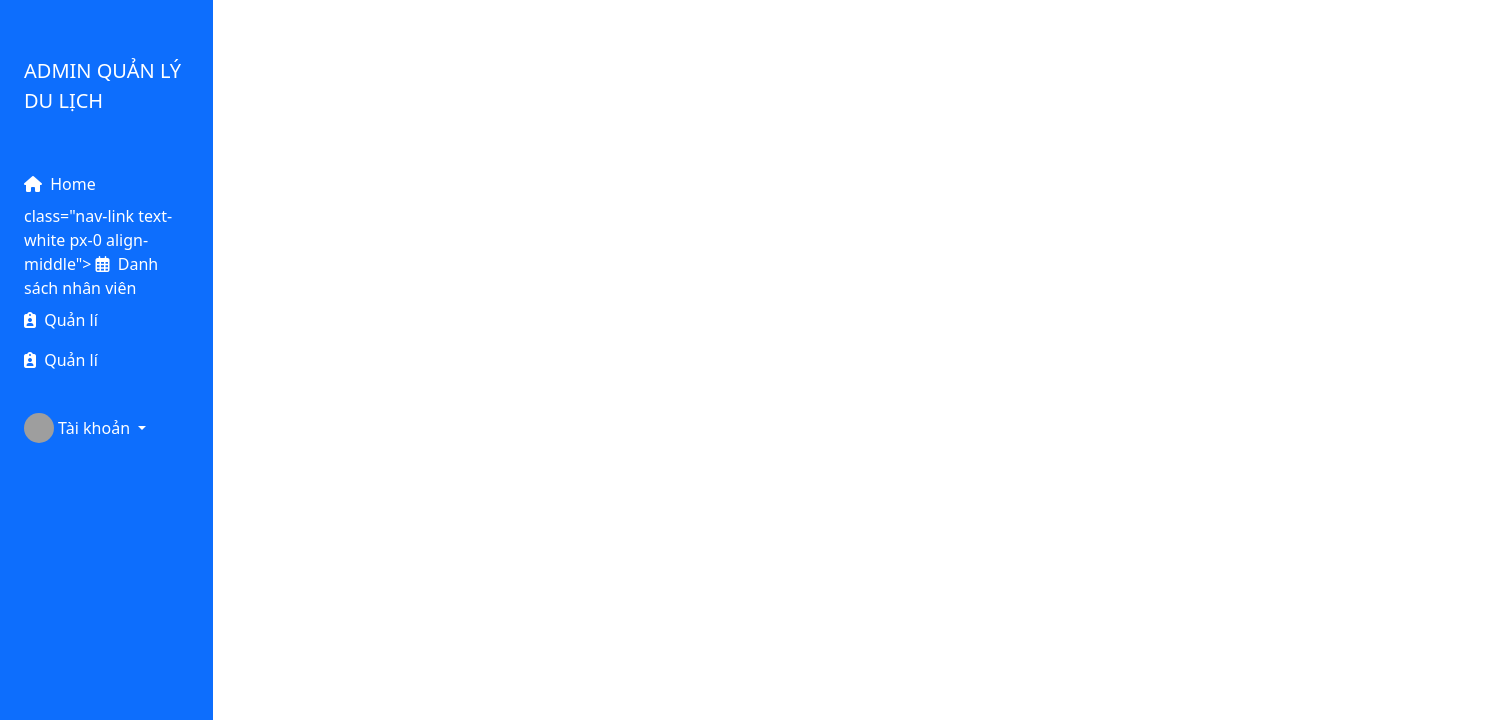
Repository: vantohuu/BOOKINGTOUR
Page: http://localhost/BOOKINGTOUR/WEB-INF/views/admin/admin.jsp
The author's editor kept a copy of each file at every save. The page is drawn from the files as they stood at one save, then again after the next save.
The browser window is 1280 px wide. The page is 1493 px wide, so the pictures cover 1493 px, including what lies to the right of the window. The pictures show the whole page.
Pictures or frames that could not be fetched are drawn as grey boxes. Some web libraries are served in a nearby version. The page is served by Tomcat 9. Nobody is signed in. The template is opened directly, without the code that normally fills it, so the values that code supplies are empty.

Above is the page before, as saved 2023-05-04 13:15:49.

After the next save:
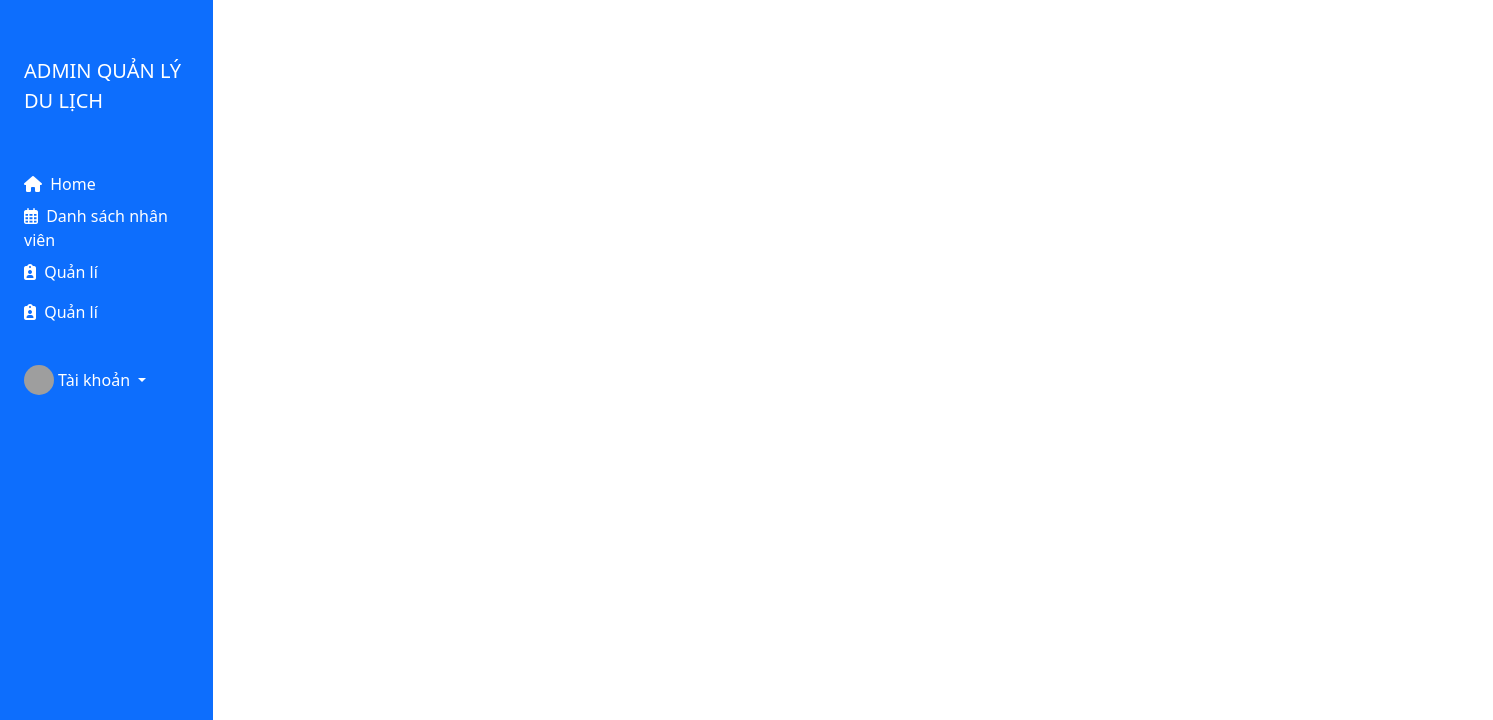
Saved 2 min 14 s later.
--- a/BOOKINGTOUR/src/main/webapp/WEB-INF/views/admin/admin.jsp
+++ b/BOOKINGTOUR/src/main/webapp/WEB-INF/views/admin/admin.jsp
@@ -27,9 +27,8 @@
                         </a>
                     </li>
                   <li>
-							class="nav-link text-white px-0 align-middle">
 							<i class="fa-regular fa-calendar-days"></i> <span
-								class="ms-1 d-none d-sm-inline">Danh sách nhân viên</span>
+								class="ms-1 d-none text-white d-sm-inline">Danh sách nhân viên</span>
 						</li>
                     <li>
                         <a href="#submenu2" data-bs-toggle="collapse" class="nav-link text-white px-0 align-middle ">
